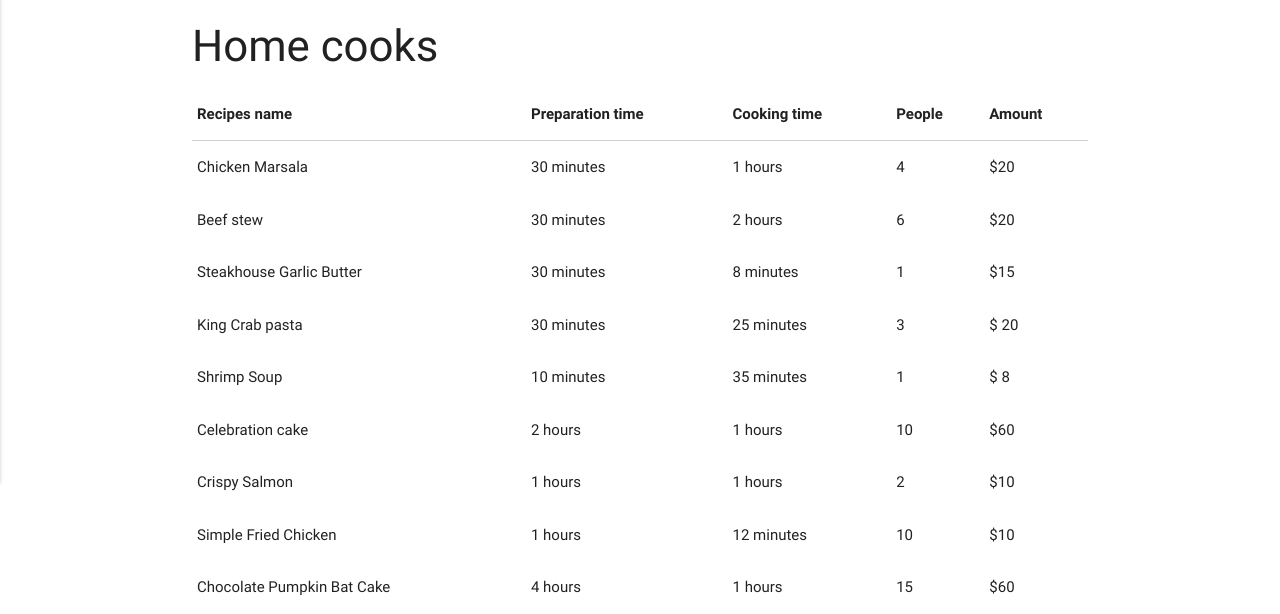
Repository: eazeldon/project-recipes-online-3
Page: http://localhost/statistic
The author's editor kept a record of every edit. The page is drawn from the files as they stood at one moment, then again after the next edit.
The browser window is 1280 px wide. The pictures show the part of the page from y = 298 to 921 px (the page is 912 px tall before and 921 px after).
Some web libraries are served in a nearby version. The page is served by the project's application, run on Flask 3 (app.py).

Above is the page before.

After the next edit:
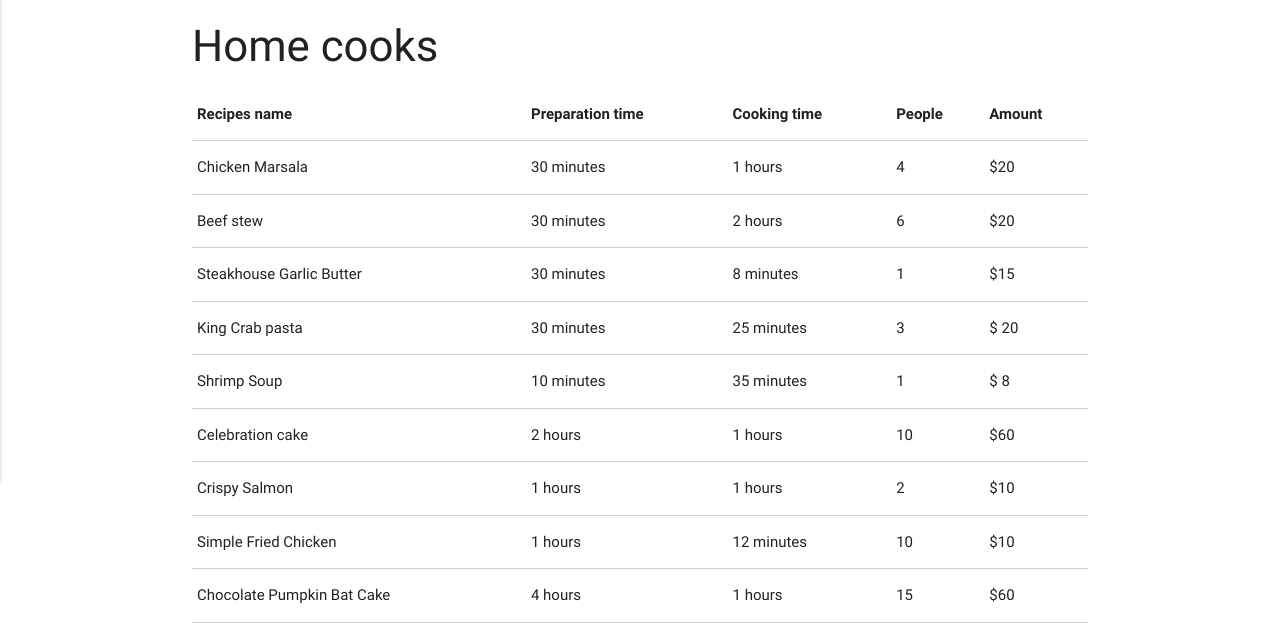
The edit:
--- a/templates/statistic.html
+++ b/templates/statistic.html
@@ -2,7 +2,7 @@
 
 <h3>Home cooks</h3>
 
-  <table>
+  <table class="bordered">
         <thead>
           <tr>
               <th>Recipes name</th>
